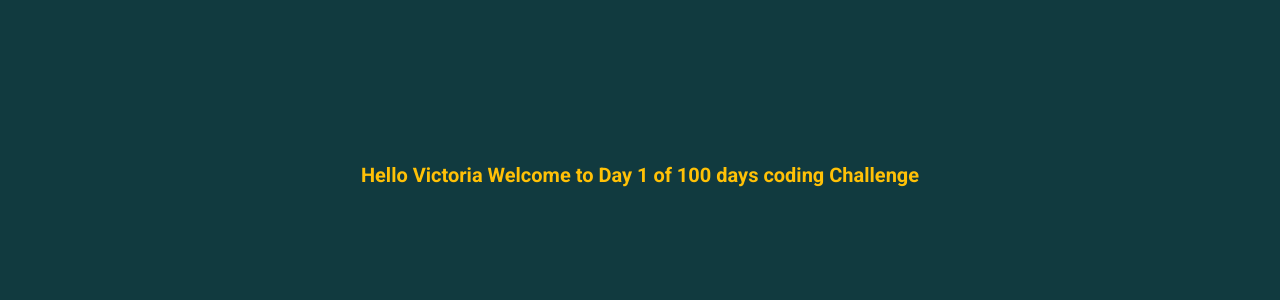
Repository: VickyJacob23/100DaysOfCoding
Page: day1/index.html
The author's editor kept a copy of each file at every save. The page is drawn from the files as they stood at one save, then again after the next save.
The browser window is 1280 px wide. The pictures show the whole page.

Above is the page before, as saved 2024-08-14 12:12:38.

### day1/index.html
<!DOCTYPE html>
<html lang="en">
  <head>
    <meta charset="UTF-8" />
    <meta name="viewport" content="width=device-width, initial-scale=1.0" />
    <link
      href="https://cdn.jsdelivr.net/npm/bootstrap@5.0.2/dist/css/bootstrap.min.css"
      rel="stylesheet"
      integrity="sha384-EVSTQN3/azprG1Anm3QDgpJLIm9Nao0Yz1ztcQTwFspd3yD65VohhpuuCOmLASjC"
      crossorigin="anonymous"
    />
    <link rel="stylesheet" href="style.css" />
    <title>Day 1</title>
  </head>
  <body class="fw-bold text-warning fs-5">
    <script src="script.js"></script>
  </body>
</html>

### day1/style.css
@import url("https://fonts.googleapis.com/css2?family=Roboto:ital,wght@0,100;0,300;0,400;0,500;0,700;0,900;1,100;1,300;1,400;1,500;1,700;1,900&display=swap");

body {
  font-family: "Roboto", sans-serif;
  background-color: #113a3f;
  display: flex;
  justify-content: center;
  align-items: center;
  margin: 8em auto;
}

### day1/script.js
let firstCode = "Hello Victoria Welcome to Day 1 of 100 days coding Challenge";
document.write(firstCode); // display on the user interface

console.log(firstCode); // display in the console output

After the next save:
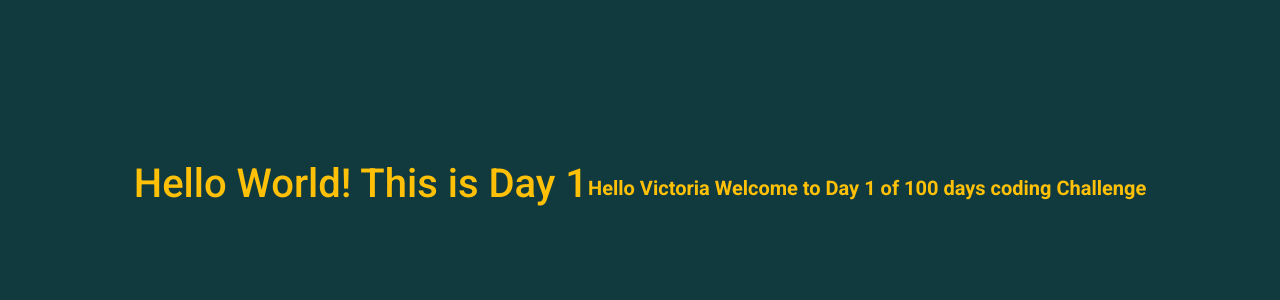
Saved 46 s later.
--- a/day1/script.js
+++ b/day1/script.js
@@ -1,3 +1,5 @@
+document.write("<h1>Hello World! This is Day 1</h1>"); // how to use HTML tags in JS
+
 let firstCode = "Hello Victoria Welcome to Day 1 of 100 days coding Challenge";
 document.write(firstCode); // display on the user interface
 
